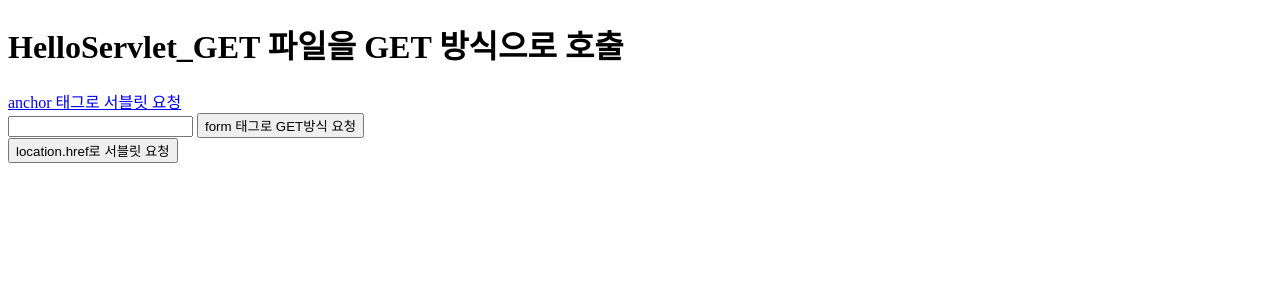
Repository: DistincTao/JSP
Page: http://localhost/JSPBasic/helloServletGet.jsp
An editor plug-in stored every save of this project. The page is shown before and after the next save, followed by the edit.
The browser window is 1280 px wide. The pictures show the whole page.
The page is served by Tomcat 9. Nobody is signed in. The application's start-up code is not run. Other server files are loaded and not shown.

Above is the page before, as saved 2023-12-11 04:07:06.

### JSPBasic/src/main/webapp/helloServletGet.jsp
<%@ page language="java" contentType="text/html; charset=UTF-8"
	pageEncoding="UTF-8"%>
<!DOCTYPE html>
<html lang="KO">
<head>
<meta charset="UTF-8">
<title>GET 방식으로 요청하기</title>
<script type="text/javascript">
	function callServlet () {
		location.href = "./hGET?name=길동";
	}
</script>
</head>
<body>
	<h1>HelloServlet_GET 파일을 GET 방식으로 호출</h1>
	<div>
		<a href="./hGET?name=둘리">anchor 태그로 서블릿 요청</a>
	</div>

	<div>
		<form action ="./hGET" method = "GET">
			<input type="text" name="name">
			<button type="submit">form 태그로 GET방식 요청</button>
		</form>
	</div>

	<button onclick="callServlet();">location.href로 서블릿 요청</button>
</body>
</html>

After the next save:
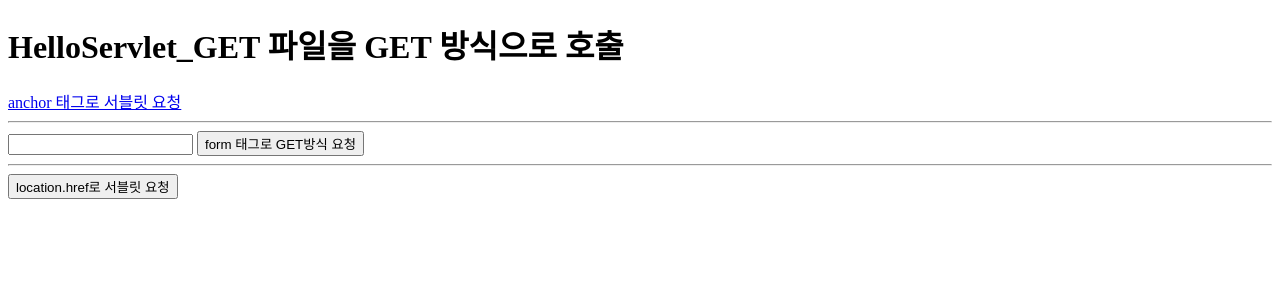
Saved 49 s later.
--- a/JSPBasic/src/main/webapp/helloServletGet.jsp
+++ b/JSPBasic/src/main/webapp/helloServletGet.jsp
@@ -16,6 +16,7 @@
 	<div>
 		<a href="./hGET?name=둘리">anchor 태그로 서블릿 요청</a>
 	</div>
+	<hr>
 
 	<div>
 		<form action ="./hGET" method = "GET">
@@ -23,6 +24,7 @@
 			<button type="submit">form 태그로 GET방식 요청</button>
 		</form>
 	</div>
+	<hr>
 
 	<button onclick="callServlet();">location.href로 서블릿 요청</button>
 </body>
